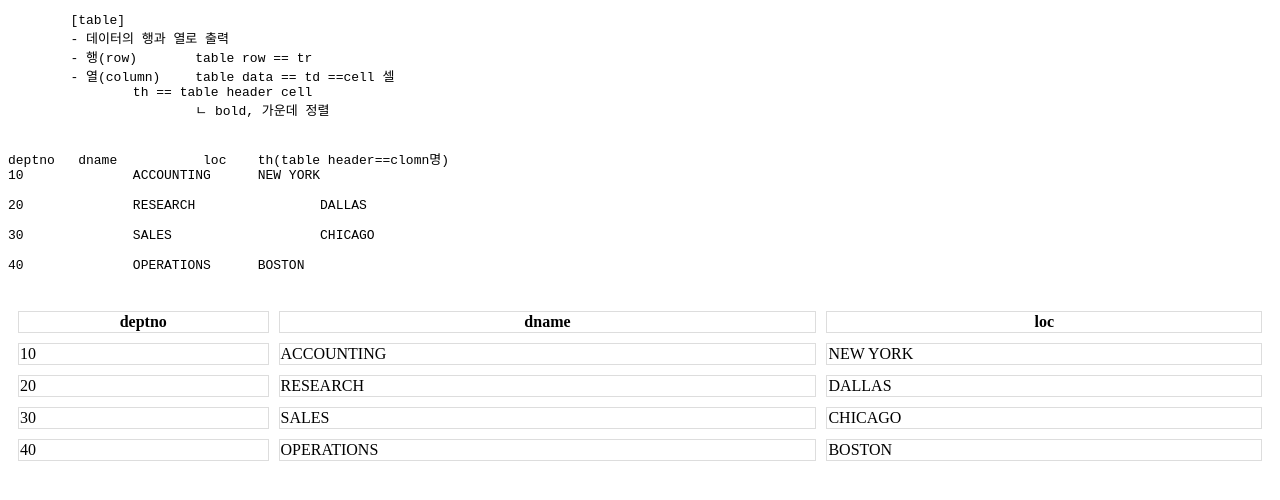
Repository: donggri1/WORKSPACE
Page: WebClass/webPro/src/main/webapp/html/days03/ex07.html
An editor plug-in stored every save of this project. The page is shown before and after the next save, followed by the edit.
The browser window is 1280 px wide. The pictures show the whole page.

Above is the page before, as saved 2024-03-26 03:40:09.

After the next save:
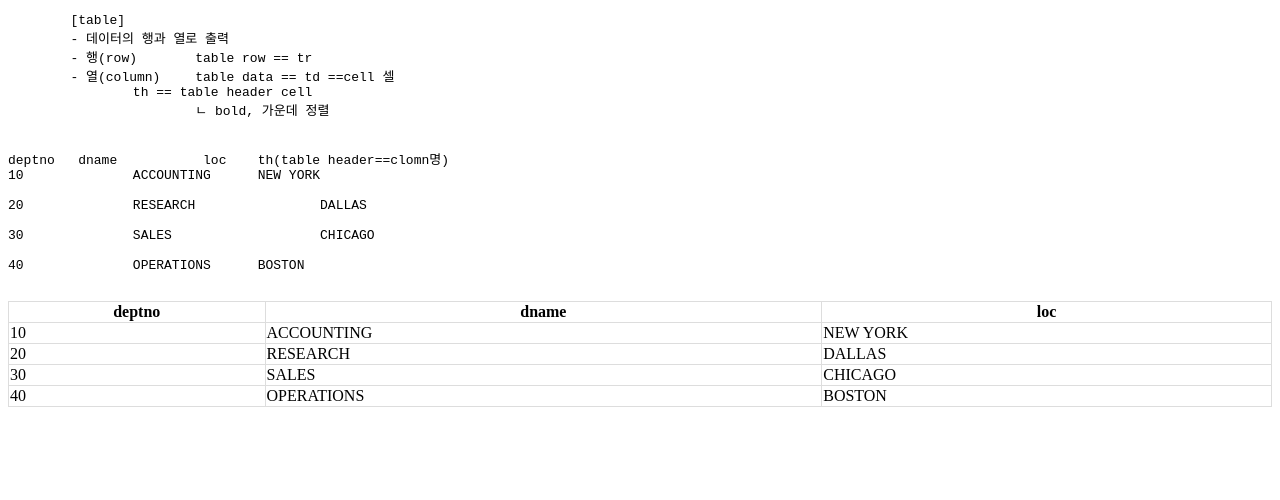
Saved 67 s later.
--- a/WebClass/webPro/src/main/webapp/html/days03/ex07.html
+++ b/WebClass/webPro/src/main/webapp/html/days03/ex07.html
@@ -7,12 +7,13 @@
 <style>
 	th,td{
 		/* border: solid 1px black; */
-		border: 1px solid #DDDDDD;
+		border: 1px solid #DDD;
 	}
 	table{
 		/* background-color: #96D4D4; */
-		border-spacing: 10px;
+		/* border-spacing: 10px; */
 		width: 100%;
+		border-collapse: collapse;
 
 	}
 	th,td{
